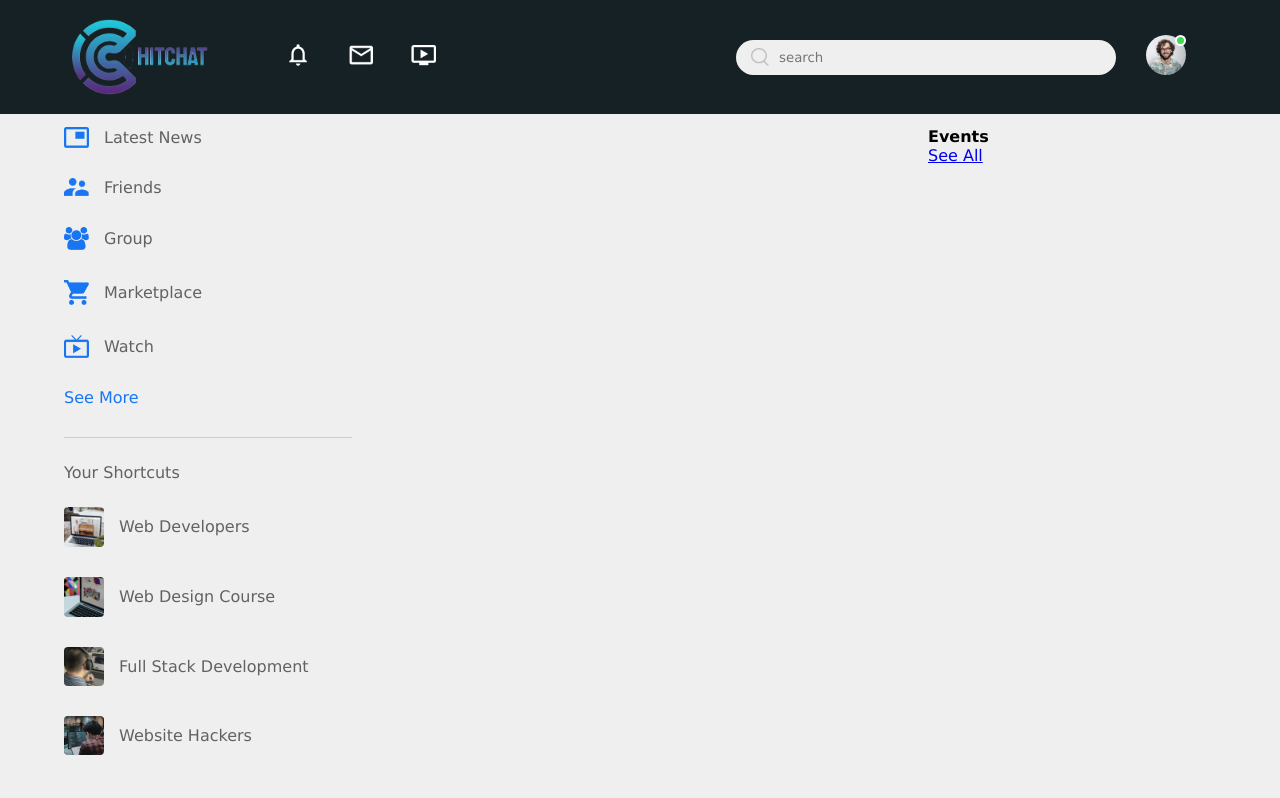
Repository: omarhasnain/ChitChat
Page: index.html
The author's editor kept a copy of each file at every save. The page is drawn from the files as they stood at one save, then again after the next save.
The browser window is 1280 px wide. The pictures show the whole page.

Above is the page before, as saved 2021-07-11 16:36:16.

After the next save:
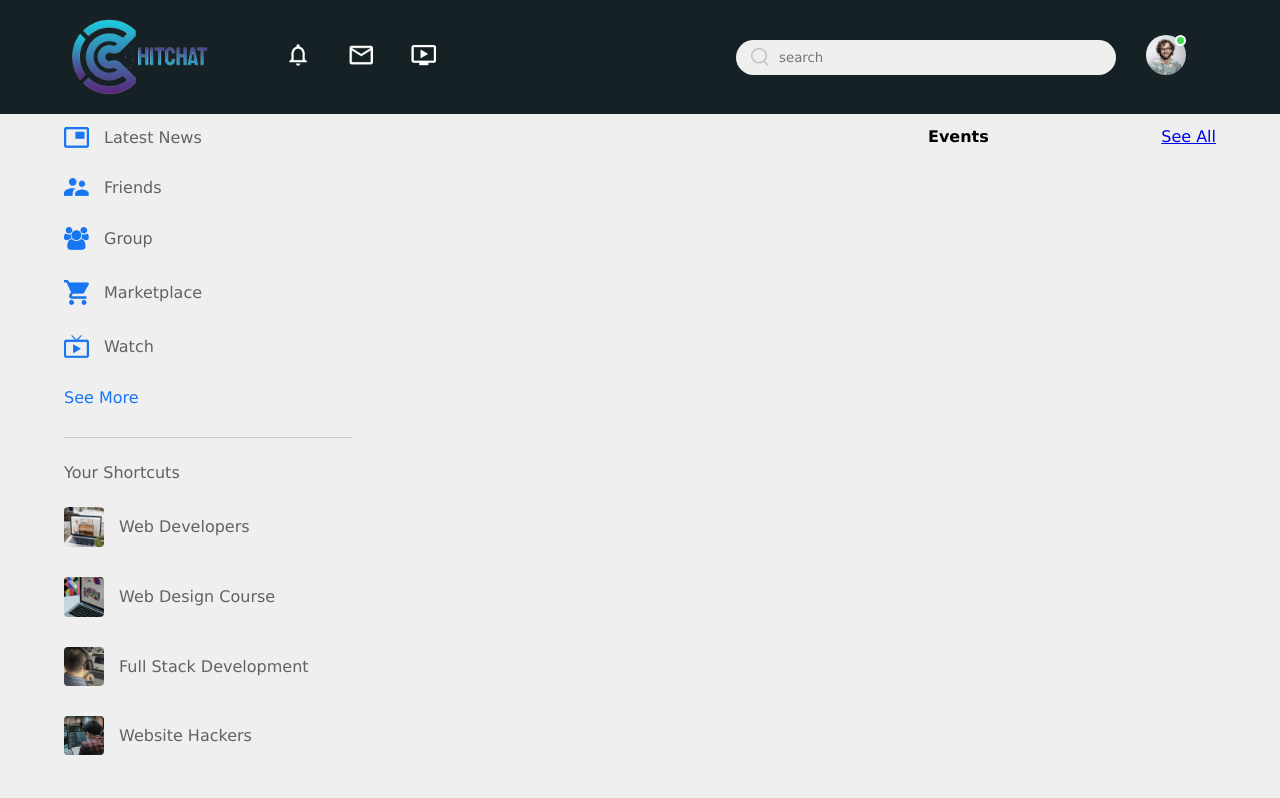
Saved 45 s later.
--- a/style.css
+++ b/style.css
@@ -149,3 +149,10 @@
     color: #626262;
     font-weight: 500;
 }
+
+.sidebar-title {
+    display: flex;
+    align-items: center;
+    justify-content: space-between;
+    margin-bottom: 18px;
+}
